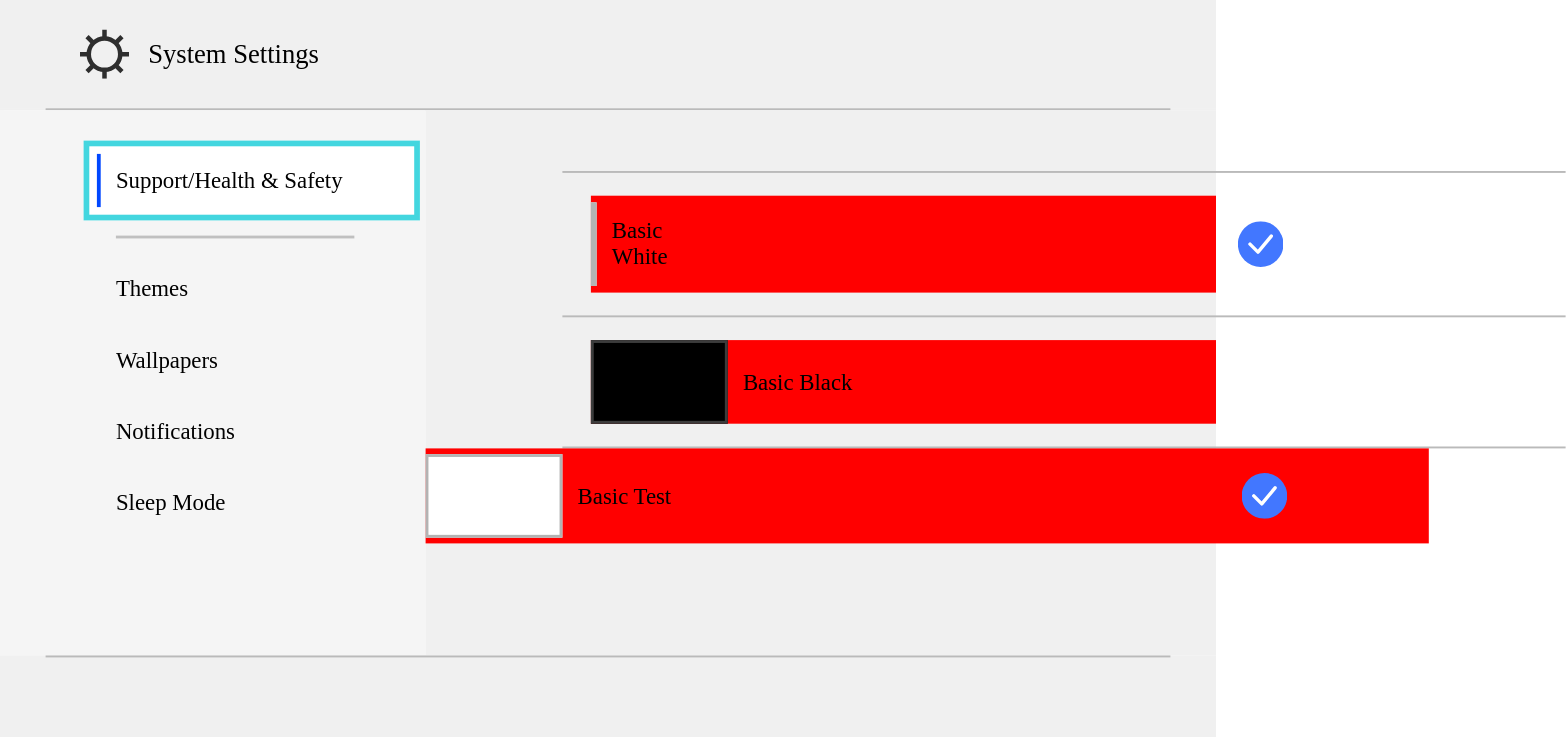
Repository: danielj1415/nintendoSwitchUI2
Page: /settings
The author's editor kept a copy of each file at every save. The page is drawn from the files as they stood at one save, then again after the next save.
The browser window is 1280 px wide. The page is 1648 px wide, so the pictures cover 1648 px, including what lies to the right of the window. The pictures show the whole page, at 95% of full size.
The project was rebuilt for these pictures with package versions that can differ from the ones it lists, and the page was loaded fresh each time. Also part of the build but not shown: vite.config.js, src/ScreenHome.jsx.

Above is the page before, as saved 2024-09-29 19:26:03.

### src/App.jsx
import { BrowserRouter as Router, Routes, Route } from "react-router-dom";
import ScreenHome from "./ScreenHome";
import ScreenSettings from "./ScreenSettings";
import './App.css';

function App() {
  return (
    <Router>
      <Routes>
        <Route path="/" element={<ScreenHome />} />
        <Route path="/settings" element={<ScreenSettings />} />
      </Routes>
    </Router>
  );
}

export default App;

### src/ScreenSettings.jsx

import "./ScreenSettings.css";
import iconBrightnessLight from "./assets/icons/iconBrightnessLight.svg";
import { useState, useEffect } from "react";
import iconCheckMark from "./assets/icons/iconCheckMark.svg";

function ScreenSettings(){

    const settingsOptions = [
        { name: "Support/Health & Safety"},
        { name: "Themes"},
        { name: "Wallpapers"},
        { name: "Notifications"},
        { name: "Sleep Mode"},
        //{ name: "Airplane Mode"}, // Add corresponding images for these games
      ];

      const [selectedIndex, setSelectedIndex] = useState(0);
      const [optionsTheme, setOptionsTheme] = useState(true); // true means the user is on the Themes page for the system settings
      const [optionsWallpaper, setOptionsWallpaper] = useState(false); // true means the user is on the Wallpaper page for the system settings

      useEffect(() => {
        const handleKeyDown = (event) => {
          if (event.key === "ArrowDown") {
            event.preventDefault();
            setSelectedIndex((prevIndex) =>
              prevIndex < settingsOptions.length - 1 ? prevIndex + 1 : 0
            );
          } else if (event.key === "ArrowUp") {
            event.preventDefault();
            setSelectedIndex((prevIndex) =>
              prevIndex > 0 ? prevIndex - 1 : settingsOptions.length - 1
            );
          }
        };

        window.addEventListener("keydown", handleKeyDown);

        // Clean up the event listener
        return () => {
          window.removeEventListener("keydown", handleKeyDown);
        };
      }, [settingsOptions.length]);

    return(
        <div className = "settingsScreen">
            <div className = "topMenuSettings">
                <div className = "topMenuRow">
                    <img src = {iconBrightnessLight} className = "iconBrightnessLight marginRight28 marginLeft108"/>
                    <p className = "headingText">System Settings</p>
                </div>
                <div className = "divider"/>
            </div>
            <div className="middleMenuSettings">
            <div className="leftMenuSettings">
            <div className = "spacer"/>
            {/* Render the first option separately */}
            {settingsOptions.slice(0, 1).map((option, index) => (
                <div
                    key={index}
                    className={`leftMenuOptions ${
                        selectedIndex === index ? "selectedOption" : "unselectedOption"
                    }`}
                >
                    {selectedIndex === index && (
                        <div className="selectedOptionLine marginLeft8 marginRight16" />
                    )}
                    <div>
                        <p className={`subheadingText`}>{option.name}</p>
                    </div>
                    {/* Add a line after the first option */}
                    <div className="lineAfterOption"></div>
                </div>
            ))}
            <div className = "square"/>
            {/* Render the remaining options */}
            {settingsOptions.slice(1).map((option, index) => (
            <div
                key={index + 1}  // Offset index for the remaining items
                className={`leftMenuOptions ${
                    selectedIndex === index + 1 ? "selectedOption" : "unselectedOption"
                }`}
            >
                {selectedIndex === index + 1 && (
                    <div className="selectedOptionLine marginLeft8 marginRight16" />
                )}
                <div>
                    <p className={`subheadingText`}>{option.name}</p>
                </div>
            </div>
            ))}
            </div>
                <div className="rightMenuSettings">
                {optionsTheme === true && ( // theme page on system settings
                    <div className = "themePage">
                        <div className = "themeLine marginTop64"></div>
                        <div className = "themeRow marginLeft174 marginTop32">
                            <div className = "themeWhiteRectangle marginRight16"></div>
                            <p className = "subheadingText">Basic White</p>
                            <img className = "iconCheckMark" src = {iconCheckMark}/>
                        </div>
                        <div className = "themeLine marginTop32"></div>
                        <div className = "themeRow marginLeft174 marginTop32">
                            <div className = "themeBlackRectangle marginRight16"></div>
                            <p className = "subheadingText">Basic Black</p>
                        </div>
                        <div className = "themeLine marginTop32"></div>
                        <div className = "themeRowSelected">
                            <div className = "themeWhiteRectangle marginRight16"></div>
                            <p className = "subheadingText">Basic Test</p>
                            <img className = "iconCheckMark" src = {iconCheckMark}/>
                        </div>
                    </div>
                )}
                {optionsWallpaper === true && ( // wallpaper page on system settings
                    <div className = "wallpaperPage">
                        Your mom's wallpaper
                    </div>
                )}
                </div>
            </div>
            <div className = "bottomMenuSettings">
                <div className = "divider"/>
            </div>
        </div>
    )
}

export default ScreenSettings;

### src/App.css
html, body {
  margin: 0;
  padding: 0;
  height: 100%;
  width: 100%;
}

.appScreen{
  display: flex;
  justify-content: center;
  align-items: center;
  height: 100vh;
}

### src/ScreenHome.css

@import "./fonts.css";

/* Set the container to relative positioning */
.homeScreen {
    position: relative;
    width: 100vw;
    height: 100vh;
    overflow-x: hidden;
  }

  /* Set the image to cover the entire container */
  .wallpaper {
    position: absolute;
    top: 0;
    left: 0;
    width: 100%;
    height: 100%;
    object-fit: cover; /* Ensure the image covers the whole area */
    z-index: -1; /* Send the image to the background */
  }

  /* Row of squares */
  .square-row {
    display: flex;
    justify-content: space-between; /* Space the squares evenly */
    position: relative; /* Ensure it's positioned on top of the image */
    width: 100%;
    height: 460px; /* Adjust the height of the row */
    z-index: 1; /* Ensure the row stays above the image */
    top: 50%; /* Vertically center the row */
    transform: translateY(-340px); /* Adjust the top positioning for perfect centering */
    margin-left: 80px;
    gap: 32px;
  }

  /* Individual squares */
  .game {
    flex-shrink: 0;
    width: 360px;
    height: 360px;
    background-color: rgba(255, 255, 255, 0.2); /* Add some transparency */
    backdrop-filter: blur(15px); /* Apply the blur effect to the background */
    transition: all 0.3s ease; /* Smooth transition when selecting */
    display: flex; /* Enable Flexbox */
        justify-content: center; /* Horizontally center the image */
        align-items: center; /* Vertically center the image */
        box-shadow: 0 4px 8px rgba(0, 0, 0, 0.5); /* Add a soft shadow */
  }

  /* Selected game styles */
.game.selected {
    width: 440px; /* Increase the size of the selected game */
    height: 440px;
    transform: translateY(-60px);
  }

  .game-name {
    position: absolute;
    font-family: "Nintendo Switch UI";
    white-space: nowrap; /* Ensure the text stays on one line */
    left: 50%; /* Center the text horizontally */
    transform: translateX(-50%); /* Ensure centering within its container */
    height: 100px;
    top: -100px;
    width: 600px;

  }

  .game-name-text{
    color: #43D6DF;
    font-size: 36px;
    text-align: center;
  }
  .game-image {
    width: 92%;
    height: 92%;
    object-fit: cover; /* Ensure the image covers the entire div */
  }
  .game-image {
    opacity: 0.5; /* Make the image 50% opaque */
    transition: opacity 0.3s ease; /* Smooth transition for the opacity change */
  }

  /* Selected game's image (full opacity) */
  .game.selected .game-image {
    opacity: 1; /* Full opacity for the selected game's image */
  }

  .profileIconContainer{
    display: flex;
    flex-direction: column; /* Ensure the number and image are stacked vertically */
    align-items: center; /* Center the number and image horizontally */
    width: 64px;
    margin-left: 80px;
  }

  .imageProfile{
    width: 48px;
    height: 48px;
    border-radius: 50%;
    border: 3px solid #43D6DF;
    margin-top: -24px;
  }

  .profileFriends{
    font-family: "Nintendo Switch UI";
    font-size: 24px;
    color: #43D6DF
  }

  .circle-row{
    display: flex;
    gap: 28px;
    justify-content: center;
    margin-top: 96px;
  }

  .icons{
    width: 90px;
    height: 90px;
    border-radius: 50%;
    background-color: rgba(255, 255, 255, 0.3); /* Add some transparency */
    box-shadow: 0 4px 8px rgba(0, 0, 0, 0.5); /* Add a soft shadow */
    backdrop-filter: blur(15px);
  }

  .iconRowCircle{
    width: 90px;
    height: 90px;
    border-radius: 50%;
    background-color: rgba(255, 255, 255, 0.3); /* Add some transparency */
    box-shadow: 0 3px 6px rgba(0, 0, 0, 0.3); /* Add a soft shadow */
    backdrop-filter: blur(15px);
    display: flex;
    align-items: center;
    justify-content: center;
    position: relative;
  }

  .iconRowImage{
    width: 48px;
    height: 48px;
  }

  .iconRowImage2{
    width: 52px;
    height: 52px;
    margin-left: 4px;
    margin-top: 4px;
  }


.selectedIcon {
  position: relative;
}

.selectedIcon::before {
  content: "";
  position: absolute;
  top: -4px;
  left: -4px;
  width: calc(100%);
  height: calc(100%);
  border: 4px solid #43D6DF;
  border-radius: 50%;
  pointer-events: none;
}

  .bottomMenu{
    margin-left: 80px;
    margin-right: 80px;
    margin-top: 72px;
  }

  .lineDivider{
    height: 2px;
    width:auto;
    background-color: #ffffff;
  }

  .iconSwitchLight{
    width: 96px;
    height: 44px;
    box-shadow: 0 4px 8px rgba(0, 0, 0, 0.5);
    border-radius: 8px;
  }

  .bottomMenuRow{
    display: flex;
    align-items: center;
    justify-content: space-between;
    margin-top: 28px;
  }

  .bottomMenuRowIcons{
    width: 400px;
    height: 44px;
    display: flex;
    align-items: center;
    justify-content: end;
  }

  .iconA{
    width: 36px;
    height: 36px;
    box-shadow: 0 4px 8px rgba(0, 0, 0, 0.5);
    border-radius: 50%;
  }

  .iconOptions{
    width: 36px;
    height: 36px;
    box-shadow: 0 4px 8px rgba(0, 0, 0, 0.5);
    border-radius: 50%;
  }

  .bottomMenuRowText{
    font-family: "Nintendo Switch UI";
    color: white;
    font-size: 26px;
    text-shadow: 0 0 10px rgba(255, 255, 255, 0.8),
  }

  .marginRight20{
    margin-right: 20px;
  }

  .marginLeft84{
    margin-left: 84px;
  }

  @media (max-height: 800px) and (min-height: 700px)
  {
    .game {
        flex-shrink: 0;
        width: 306px;
        height: 306px;
        background-color: rgba(255, 255, 255, 0.3); /* Add some transparency */
        backdrop-filter: blur(15px); /* Apply the blur effect to the background */
        transition: all 0.3s ease; /* Smooth transition when selecting */
        display: flex; /* Enable Flexbox */
        justify-content: center; /* Horizontally center the image */
        align-items: center; /* Vertically center the image */
        box-shadow: 0 4px 8px rgba(0, 0, 0, 0.5); /* Add a soft shadow */
      }

      /* Selected game styles */
    .game.selected {
        width: 380px; /* Increase the size of the selected game */
        height: 380px;
        transform: translateY(-60px);
      }
      .game-name-text{
        color: #43D6DF;
        font-size: 32px;
        text-align: center;
      }
      .game-name {
        position: absolute;
        font-family: "Nintendo Switch UI";
        white-space: nowrap; /* Ensure the text stays on one line */
        left: 50%; /* Center the text horizontally */
        transform: translateX(-50%); /* Ensure centering within its container */
        height: 100px;
        top: -80px;
        width: 600px;
      }
      .square-row {
        display: flex;
        justify-content: space-between; /* Space the squares evenly */
        position: relative; /* Ensure it's positioned on top of the image */
        width: 100%;
        height: 360px; /* Adjust the height of the row */
        z-index: 1; /* Ensure the row stays above the image */
        top: 50%; /* Vertically center the row */
        transform: translateY(-280px); /* Adjust the top positioning for perfect centering */
        margin-left: 80px;
        gap: 32px;
      }
      .game-image {
        width: 92%;
        height: 92%;
        object-fit: cover; /* Ensure the image covers the entire div */
      }
      .game-image {
        opacity: 0.5; /* Make the image 50% opaque */
        transition: opacity 0.3s ease; /* Smooth transition for the opacity change */
      }

      /* Selected game's image (full opacity) */
      .game.selected .game-image {
        opacity: 1; /* Full opacity for the selected game's image */
      }
      .circle-row{
        display: flex;
        gap: 28px;
        justify-content: center;
        margin-top: 96px;
        height: 1px;
      }

      .icons{
        width: 72px;
        height: 72px;
        border-radius: 50%;
        background-color: rgba(255, 255, 255, 0.3); /* Add some transparency */
        box-shadow: 0 4px 8px rgba(0, 0, 0, 0.5); /* Add a soft shadow */
        backdrop-filter: blur(15px);
      }

      .iconRowCircle{
        width: 72px;
        height: 72px;
        border-radius: 50%;
        background-color: rgba(255, 255, 255, 0.3); /* Add some transparency */
        box-shadow: 0 3px 6px rgba(0, 0, 0, 0.3); /* Add a soft shadow */
        backdrop-filter: blur(15px);
        display: flex;
        align-items: center;
        justify-content: center;
        position: relative;
      }

      .iconRowImage{
        width: 40px;
        height: 40px;
      }

      .iconRowImage2{
        width: 48px;
        height: 48px;
        margin-left: 4px;
        margin-top: 4px;
      }


    .selectedIcon {
      position: relative;
    }

    .selectedIcon::before {
      content: "";
      position: absolute;
      top: -4px;
      left: -4px;
      width: calc(100%);
      height: calc(100%);
      border: 4px solid #43D6DF;
      border-radius: 50%;
      pointer-events: none;
    }
    .bottomMenu{
      margin-left: 80px;
      margin-right: 80px;
      height: 1px;
      margin-top: 108px;
    }

    .lineDivider{
      height: 2px;
      width:auto;
      background-color: #ffffff;
    }

    .iconSwitchLight{
      width: 84px;
      height: 52px;
      margin-top: 16px;
    }
    .bottomMenuRow{
      display: flex;
      align-items: center;
      justify-content: space-between;
      margin-top: 4px;
    }
    .iconA{
      width: 28px;
      height: 28px;
      box-shadow: 0 4px 8px rgba(0, 0, 0, 0.5);
      border-radius: 50%;
    }

    .iconOptions{
      width: 28px;
      height: 28px;
      box-shadow: 0 4px 8px rgba(0, 0, 0, 0.5);
      border-radius: 50%;
    }

    .bottomMenuRowText{
      font-family: "Nintendo Switch UI";
      color: white;
      font-size: 22px;
      text-shadow: 0 0 10px rgba(255, 255, 255, 0.8),
    }

}
@media (max-height: 920px) and (min-height: 800px)
{
  .lineDivider{
    height: 2px;
    width:auto;
    background-color: white;
  }
  .square-row {
    transform: translateY(-320px); /* Adjust the top positioning for perfect centering */
  }
  .circle-row{
    margin-top: 72px;
  }
}

### src/ScreenSettings.css

    @import "./fonts.css";

    .topMenuSettings{
        width: 100%;
        background-color: #F0F0F0;
    }

    .topMenuRow{
        display: flex;
        align-items: center;
        background-color: #F0F0F0;
        height: 142px;
    }

    .bottomMenuSettings{
        width: 100%;
        height: 116px;
        background-color: #F0F0F0;
    }

    .middleMenuSettings{
        display: flex;
    }

    .leftMenuSettings{
        width: 32%;
        height: 690px;
        background-color: #F5F5F5;
    }

    .rightMenuSettings{
        width: 68%;
        height: 690px;
        background-color: #F0F0F0;
    }

    .iconBrightnessLight{
        width: 66px;
        height: 66px;
    }

    .headingText{
        font-size: 34px;
        font-family: "Nintendo Switch UI";
    }

    .marginRight28{
        margin-right: 28px;
    }

    .marginLeft108{
        margin-left: 108px;
    }

    .divider{
        height: 2px;
        margin-left:48px;
        margin-right: 48px;
        background-color: #bababa;
        justify-content: center;
    }

    .subheadingText{
        font-family: "Nintendo Switch UI";
        font-size: 30px;
    }

    .bottomMenuSettings{
        z-index: 1;
        position: absolute;
    }
    .selectedOption {
        width: 432px;
        height: 94px;
        background-color: #FFFFFF;
        border: 6px solid #43D6DF;
        display: flex; /* Use flexbox to align the blue line and text horizontally */
        align-items: center; /* Vertically center the items inside */
        margin-left: 122px;
    }
    .unselectedOption{
        margin-left: 160px;
        display: flex; /* Use flexbox to align the blue line and text horizontally */
        align-items: center; /* Vertically center the items inside */
    }
    .selectedOptionSub{
        display: flex;
        align-items: center;
        height: 72px;
    }
    .marginLeft8{
        margin-left: 8px;
    }

    .marginRight16{
        margin-right: 18px;
    }

    .marginLeftselectedOption{
        margin-left: 88px;
    }

    .spacer{
        width: 4px;
        height: 32px;
        background-color: #F5F5F5;
    }

    .square {
        width: 432px;    /* Set the width of the square */
        height: 2px;   /* Set the height of the square */
        background-color: #bababa; /* You can change the color of the square */
        margin-top: 16px;
        margin-bottom: 16px;
        margin-left: 128px;
    }

    .selectedOptionLine{
        height: 72px;
        width: 6px;
        background-color: #0047FF;
    }

    .themeLine{
        height: 2px;
        width: 1056px;
        margin-left: 144px;
        background-color: #bababa;
    }

    .themeRow{
        display: flex;
        align-items: center;
        background-color: red;
    }

    .themeWhiteRectangle{
        width: 138px;
        height: 82px;
        background-color: white;
        border: 3px solid #B3B3B3;
    }

    .themeBlackRectangle{
        width: 138px;
        height: 82px;
        background-color: black;
        border: 3px solid #3C3C3C;
    }

    .marginLeft174{
        margin-left: 174px;
    }

    .marginTop32{
        margin-top: 24px;
    }

    .marginTop64{
        margin-top: 64px;
    }

    .iconCheckMark{
        width: 48px;
        height: 48px;
        margin-left: 600px;
    }

    .themeRowSelected{
        display: flex;
        align-items: center;
        background-color: red;
        width: 1056px;
        height: 100px;
    }

    @media (max-height: 800px) and (min-height: 700px)
    {
        .headingText{
            font-size: 28px;
            font-family: "Nintendo Switch UI";
        }
        .subheadingText{
            font-family: "Nintendo Switch UI";
            font-size: 24px;
        }
        .iconBrightnessLight{
            width: 52px;
            height: 52px;
        }
        .leftMenuOptions{
            margin-left: 0px;
            margin-top: 0px;
        }
        .marginRight28{
            margin-right: 20px;
        }

        .marginLeft108{
            margin-left: 84px;
        }
        .topMenuRow{
            display: flex;
            align-items: center;
            background-color: #F0F0F0;
            height: 114px;
        }
        .bottomMenuSettings{
            width: 100%;
            height: 86px;
            background-color: #F0F0F0;
        }
        .leftMenuSettings{
            width: 35%;
            height: 574px;
            background-color: #F5F5F5;
        }

        .rightMenuSettings{
            width: 65%;
            height: 574px;
            background-color: #F0F0F0;
        }

        .marginLeft124{
            margin-left: 124px;
        }

        .selectedOption {
            width: 342px;
            height: 72px;
            background-color: #FFFFFF;
            border: 6px solid #43D6DF;
            display: flex; /* Use flexbox to align the blue line and text horizontally */
            align-items: center; /* Vertically center the items inside */
            margin-left: 88px;
        }
        .unselectedOption{
            margin-left: 122px;
            display: flex; /* Use flexbox to align the blue line and text horizontally */
            align-items: center; /* Vertically center the items inside */
        }

        .selectedOptionSub{
            display: flex;
            align-items: center;
            height: 72px;
        }

        .selectedOptionLine{
            height: 56px;
            width: 4px;
            background-color: #0047FF;
        }

        .marginLeft8{
            margin-left: 8px;
        }

        .marginRight16{
            margin-right: 16px;
        }

        .marginLeftselectedOption{
            margin-left: 88px;
        }

        .spacer{
            width: 4px;
            height: 32px;
            background-color: #F5F5F5;
        }

        .square {
            width: 56%;    /* Set the width of the square */
            height: 3px;   /* Set the height of the square */
            background-color: #C0C0C0; /* You can change the color of the square */
            margin-left: 122px;
            margin-top: 16px;
            margin-bottom: 16px;
        }


    }

### src/fonts.css

@font-face {
    font-family: "Nintendo Switch";
    src: url("/src/assets/fonts/NINTENDOSWITCHUI.TTF");
  }

Loaded but not shown: index.html (common file); src/main.jsx (common file)

After the next save:
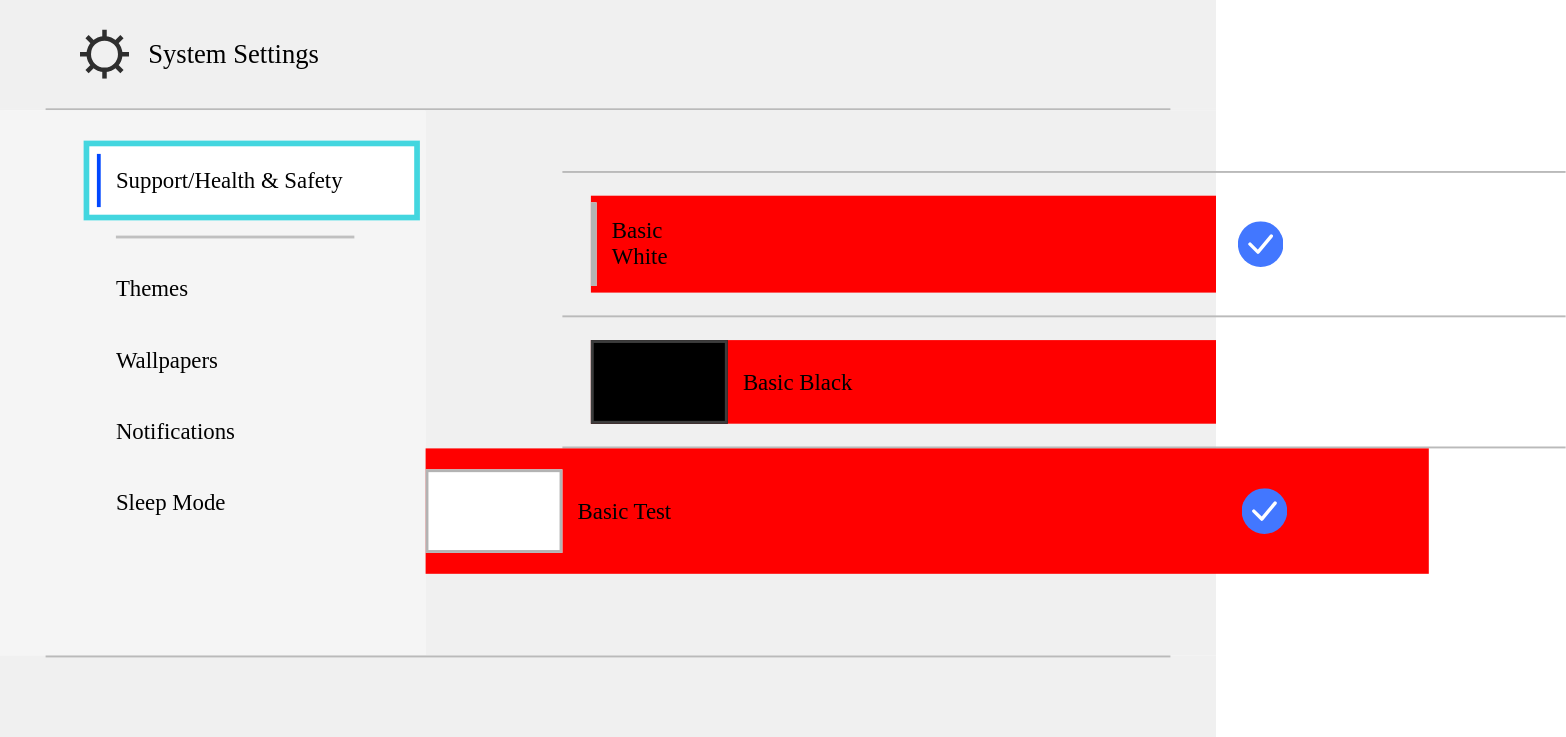
Saved 4 s later.
--- a/src/ScreenSettings.css
+++ b/src/ScreenSettings.css
@@ -172,7 +172,7 @@
         align-items: center;
         background-color: red;
         width: 1056px;
-        height: 100px;
+        height: 132px;
     }
 
     @media (max-height: 800px) and (min-height: 700px)
